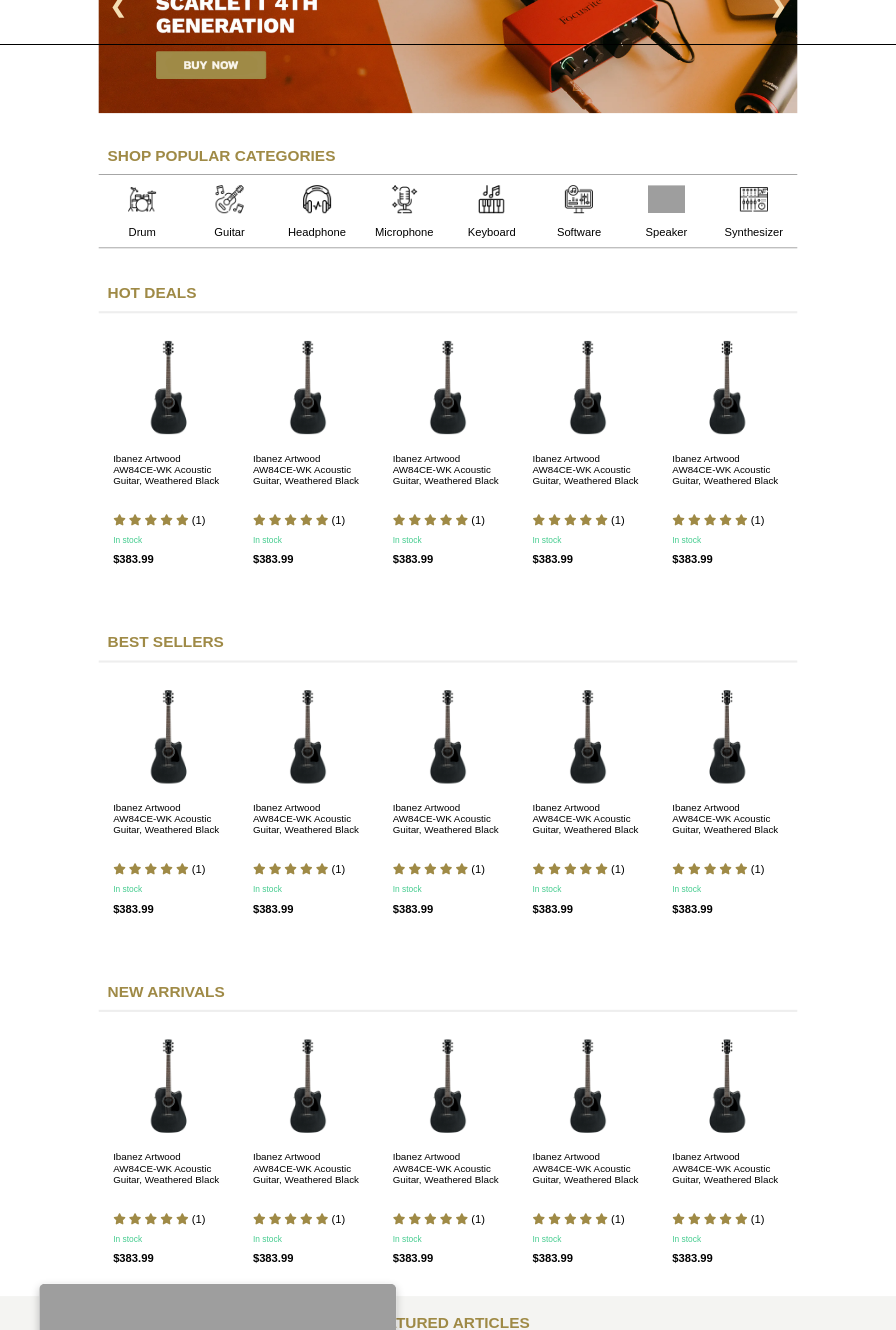
Repository: kuni-hoangnguyen/Do-an-tkweb-nam1
Page: index.html
An editor plug-in stored every save of this project. The page is shown before and after the next save, followed by the edit.
The browser window is 1280 px wide. The pictures show the part of the page from y = 301 to 2201 px (the page is 3028 px tall), at 70% of full size.
The pointer rests on the first visible `.card3`.
Pictures or frames that could not be fetched are drawn as grey boxes.

Above is the page before, as saved 2023-09-20 15:48:35.

After the next save:
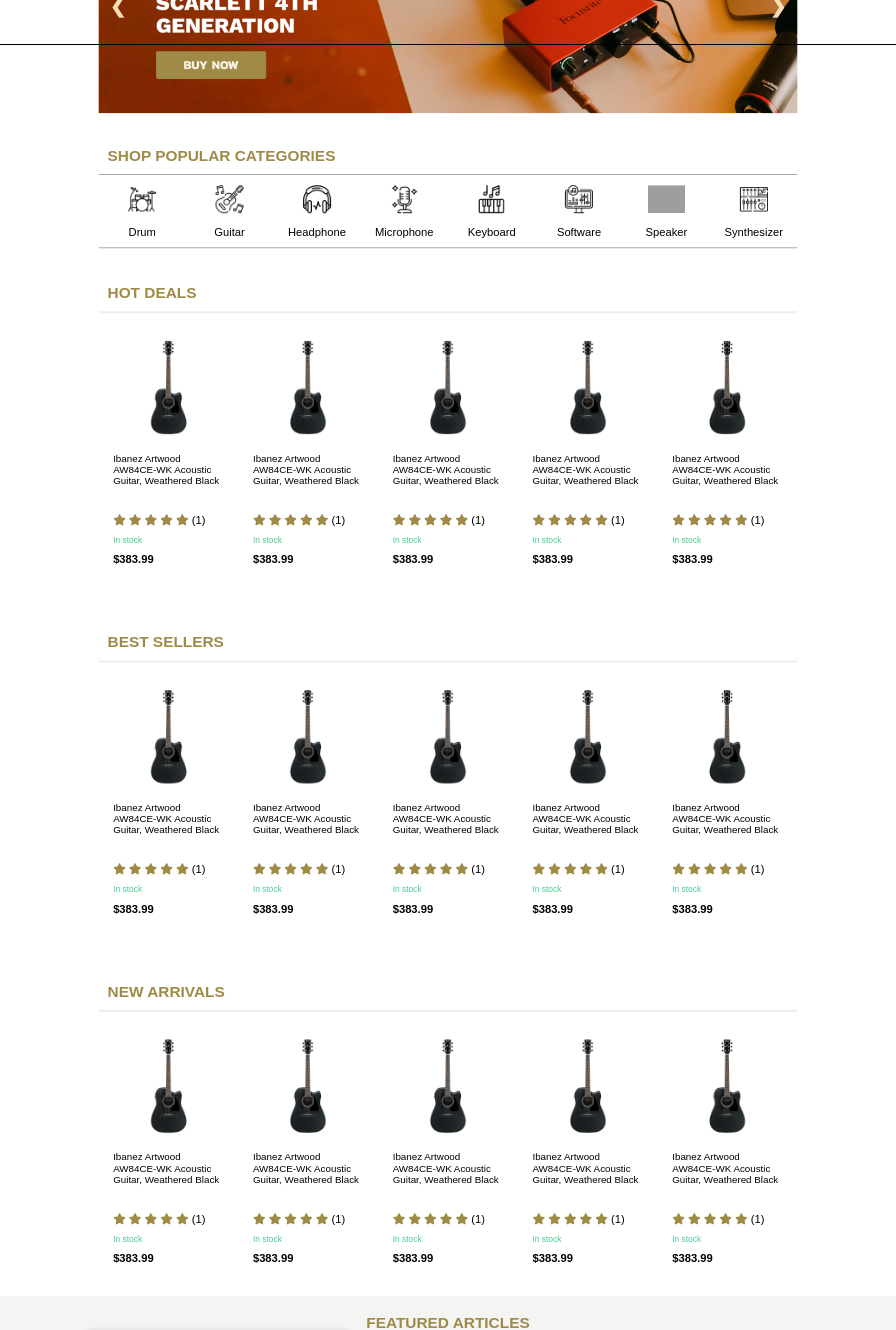
Saved 6 s later.
--- a/main.css
+++ b/main.css
@@ -334,7 +334,7 @@
 .card3:hover{
   box-shadow: rgba(0, 0, 0, 0.24) 0px 3px 8px;
   border-radius: 5px;
-  transform: scale(1.5);
+  transform: scale(1.1);
 }
 .pod{
   width: 340px;
